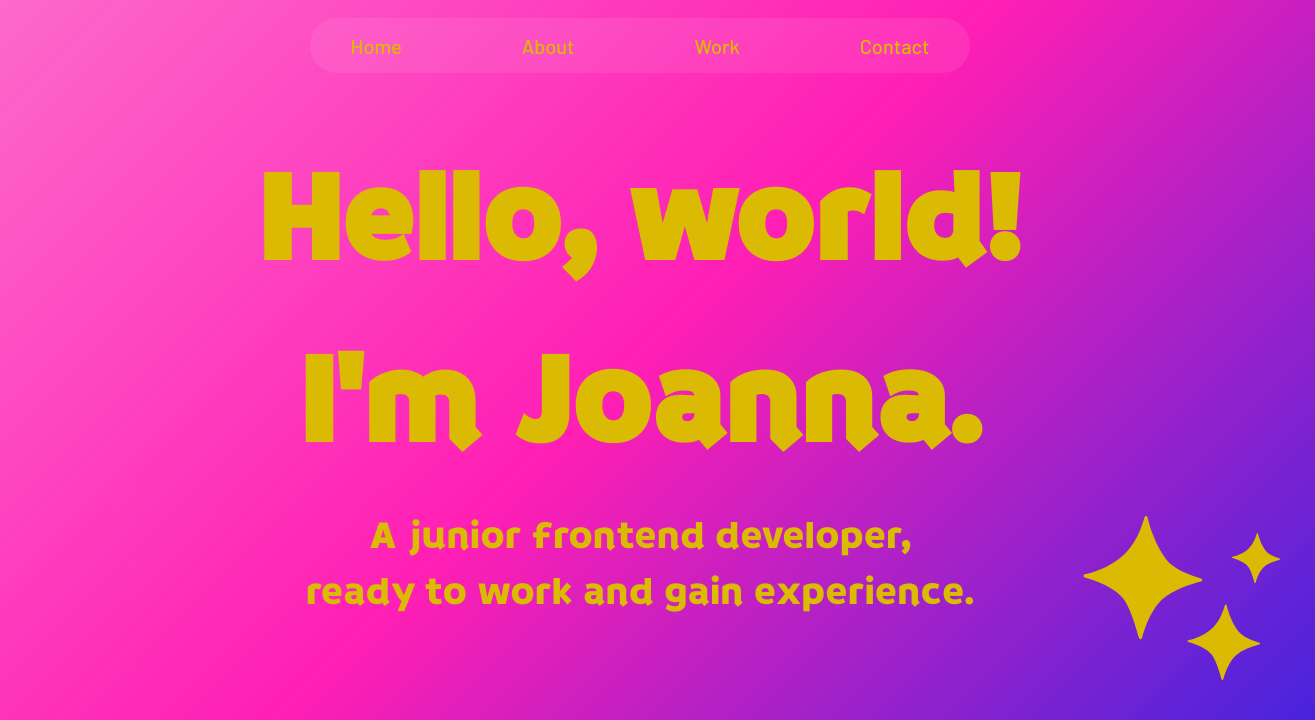
Repository: JJonka/portfolio_site
Page: /
These files come from the project's save history. The page is drawn as it stood at one moment and after the next save; the edit follows.
The browser window is 1280 px wide. The page is 1290 px wide, then 1315 px, so the pictures cover 1315 px, including what lies to the right of the window. The pictures show the whole page.
The project was rebuilt for these pictures with package versions that can differ from the ones it lists, and the page was loaded fresh each time. Also part of the build but not shown: vite.config.ts, src/components/EndOfSection.module.scss, src/components/EndOfSection.tsx, src/pages/About.tsx, src/components/LogoIcon.module.scss, src/components/LogoIcon.tsx, src/pages/Contact.tsx, src/pages/Work.module.scss and 1 more.

Above is the page before, as saved 2023-10-08 12:31:23.

### index.html
<!doctype html>
<html lang="en">
  <head>
    <meta charset="UTF-8" />
    <link rel="icon" href="./src/assets/jj_logo.svg">
    <meta name="viewport" content="width=device-width, initial-scale=1.0" />
    <title>Joanna Jurasz - software developer</title>
  </head>
  <body>
    <div id="root"></div>
    <script type="module" src="/src/index.tsx"></script>
  </body>
</html>

### src/index.tsx
import React from 'react';
import ReactDOM from 'react-dom/client';
import App from './App';
import { BrowserRouter } from 'react-router-dom';


const root = ReactDOM.createRoot( document.getElementById('root') as HTMLElement);

root.render(
  <BrowserRouter>
    <App />
  </BrowserRouter>
);

### src/App.tsx
import { Routes, Route } from 'react-router-dom';
import HomePage from './pages/HomePage';
import About from './pages/About';
import Contact from './pages/Contact';
import Work from './pages/Work';
import './App.css'


const App = () => {
    return (
      <div>
      <div className='mainBackground' />
      <div className='layer1' />
      <div className='layer2' />

      <Routes>
        <Route path='/' element={ <HomePage /> } />
        <Route path='/about' element={ <About /> } />
        <Route path='/work' element={ <Work /> } />
        <Route path='/contact' element={ <Contact /> }/>
      </Routes>
      </div>
    )
}

export default App;

### src/pages/HomePage.tsx
import Menu from "../components/Menu";
import styles from "./HomePage.module.scss"

const  HomePage = () => {
    return (
      <div className={styles.card}>

        <div className={styles.container}>
        <Menu></Menu>

          <h1 className={styles.header}>Hello, world!<br />I'm Joanna.</h1>
          <h2 className={styles.introduction}>A junior frontend developer, <br />ready to work and gain experience.</h2>
          <img src="..\src\assets\stars.svg" className={styles.imgBottom}></img>
        </div>
      </div>
    )
}

export default HomePage;

### src/App.css
@font-face {
  font-family: 'Barlow-Light';
  src: url(/fonts/Barlow-Light.ttf);
}

@font-face {
	font-family: 'Barlow-Regular' ;
	src: url(/fonts/Barlow-Regular.ttf);
}

body {
	display: flex;
	flex-direction: column;
    align-items: center;
    font-family: 'Barlow-Light';
	text-align: center;
    padding-left: calc(100vw - 100%);
    --main-color: #daba02;
}

.mainBackground {
    background-image: linear-gradient(135deg, #fc79d0 10%, #ff00aaec 50% , #2719e0 85%);
    animation: slide 8s linear infinite alternate;
    animation-fill-mode: backwards;
    animation-delay: -1s;
    position: fixed;
    top: 0;
    bottom: 0;
    left: -50%;
    right: -50%;
    opacity: 0.95;
    z-index: -1;
}




@keyframes slide {
    0% {
        transform: translateX(-20%);
    }
    100% {
        transform: translateX(5%);
    }

}

### src/components/Menu.tsx
import styles from "./Menu.module.scss";
import  LinkToPage  from "./LinkToPage"

const Menu = () => {

    return (
        <div className={styles.menu}>
            <LinkToPage
                link = {'/'}
                urlTo = {"http://localhost:5173/"}
                linkTitle= {"Home"}
            ></LinkToPage>
            <LinkToPage
                link = {'/about'}
                urlTo = {"http://localhost:5173/about"}
                linkTitle= {"About"}
            ></LinkToPage>
            <LinkToPage
                link = {'/work'}
                urlTo = {"http://localhost:5173/work"}
                linkTitle= {"Work"}
            ></LinkToPage>
            <LinkToPage
                link = {'/contact'}
                urlTo = {"http://localhost:5173/contact"}
                linkTitle= {"Contact"}
            ></LinkToPage>
        </div>
    )
};

export default Menu;

### src/pages/HomePage.module.scss
@font-face {
    font-family: 'BraahOne-Regular';
    src: url(/fonts/BraahOne-Regular.ttf);
}

.header {
    color: var(--main-color);
    font-family: "BraahOne-Regular";
    font-size: 130px;
    margin-bottom: 10px;
    margin-top: 25px;
}

.introduction {
    color: var(--main-color);
    font-family: "BraahOne-Regular";
    font-size: 40px;
    font-weight: 50;
    margin-top: 5px;

}

.imgTop {
    position: absolute;
    top: 20px;
    left: 0;
    max-width: 40%;
    max-height: 40%;
    -webkit-transform: scaleX(-1);
    transform: scaleX(-1);
}

.imgBottom {
    position: absolute;
    bottom: 0;
    right: 0;
    max-width: 30%;
    max-height: 30%;
}

.container {
    display: flex;
    flex-direction: column;
    align-items: center;
    position: relative;
    width: 1300px;
    height: 700px;
}

.card {
    display: flex;
    flex-direction: column;
    align-items: center;
}

### src/pages/About.module.scss
@font-face {
	font-family: 'Barlow-Regular' ;
	src: url(/fonts/Barlow-Regular.ttf);
}

.card {
    display: flex;
    flex-direction: column;
    align-items: center;
}

.header {
    color: var(--main-color);
    font-family: "BraahOne-Regular";
    font-size: 100px;
    margin-bottom: 10px;
    margin-top: 15px;
}

.container {
    justify-content: center;
    display: flex;
    flex-direction: row;
    height: 450px;
    width: 1100px;
    gap: 50px;
    margin-bottom: 10px;
    margin-top: 20px;
}

.image {
    max-width: 90%;
    max-height: 90%;
}

.text {
    height: 400px;
    width: 550px;
    display: flex;
    flex-direction: column;
    align-items: center;
    justify-content: center;
}

.aboutMe {
    font-family: "Barlow-Regular";
    font-size: 20px;
    color:  rgb(3, 54, 121);
    margin: 0;
    padding: 30px;

}

.box {
    background-color: rgba(255, 255, 255, 0.16);
    border-color: var(--main-color);
    border-radius: 50px;
    border-style: solid;
    border-width: 2px;
    text-align: justify;
}

### src/pages/Contact.module.scss
@font-face {
	font-family: 'Barlow-Regular' ;
	src: url(/fonts/Barlow-Regular.ttf);
}
@font-face {
    font-family: 'Barlow-Medium';
    src: url(/fonts/Barlow-Medium.ttf);
}

.card {
    align-items: center;
    display: flex;
    flex-direction: column;
}

.container {
    display: flex;
    flex-direction: column;
    align-items: center;
    height: 500px;
    width: 1100px;
    margin-bottom: 100px;
}

.header {
    color: var(--main-color);
    font-family: "BraahOne-Regular";
    font-size: 70px;
    margin-bottom: 10px;
    margin-top: 30px;

}

.logos {
    display: flex;
    flex-direction: row;
    gap: 250px;
    margin-top: 50px;
    margin-bottom: 120px;
    justify-content: center;
    width: 1000px;
}

a {
    text-decoration: none;
}

### src/components/Menu.module.scss
@font-face {
    font-family: 'Barlow-Medium';
    src: url(/fonts/Barlow-Medium.ttf);
}


.menu {
    border-radius: 50px;
    font-family: 'Barlow-Medium';
    font-size: 20px;
    margin-top: 10px;
    margin-bottom: 30px;
    width: 620px;
    height: 15px;
    padding: 20px;
    display: flex;
    flex-direction: row;
    align-items: center;
    justify-content: center;
    column-gap: 30px;
    background-color:rgba(255, 255, 255, 0.083);;

}

### src/components/LinkToPage.tsx
import { Link } from "react-router-dom";
import styles from "./LinkToPage.module.scss"

interface LinkTo  {
    link: string
    urlTo: string
    linkTitle: string
}

const LinkToPage = (props: LinkTo) => {
    return (
        <div>
            <Link to={props.link} className={document.URL == props.urlTo ? styles.active : styles.link}>{props.linkTitle} </Link>
        </div>
    )
}

export default LinkToPage

### src/components/LinkToPage.module.scss
.link {
    text-decoration: none;
    color: var(--main-color);
    margin: 10px 25px;
    padding: 5px 20px;
}

.link:hover {
    margin: 10px 25px;
    padding: 5px 20px;
    background-color: rgba(255, 255, 255, 0.259);
    border-radius: 50px;
    transition: background-color 1s;
}

.active {
    text-decoration: none;
    color: var(--main-color);
    margin: 10px 25px;
    padding: 5px 20px;
    background-color: rgba(255, 255, 255, 0.259);
    border-radius: 50px;
}

After the next save:
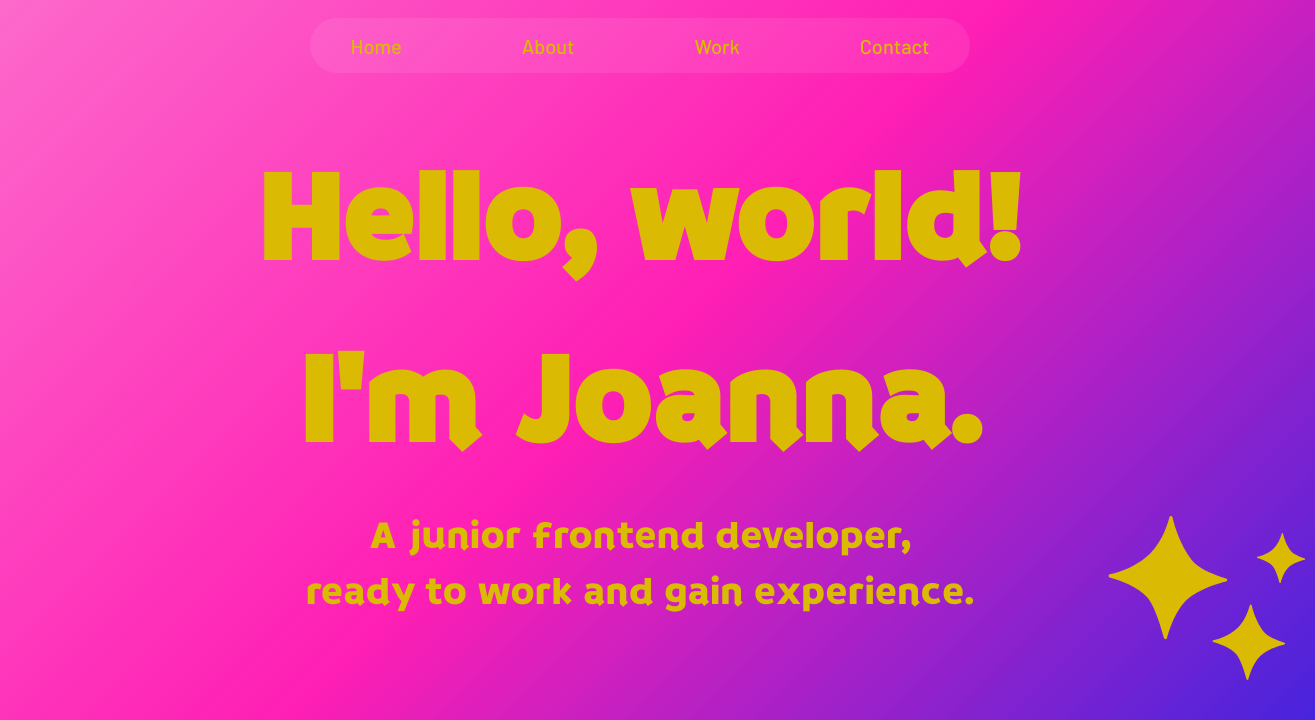
Saved 6 s later.
--- a/src/pages/HomePage.module.scss
+++ b/src/pages/HomePage.module.scss
@@ -43,7 +43,7 @@
     flex-direction: column;
     align-items: center;
     position: relative;
-    width: 1300px;
+    width: 1350px;
     height: 700px;
 }
 
